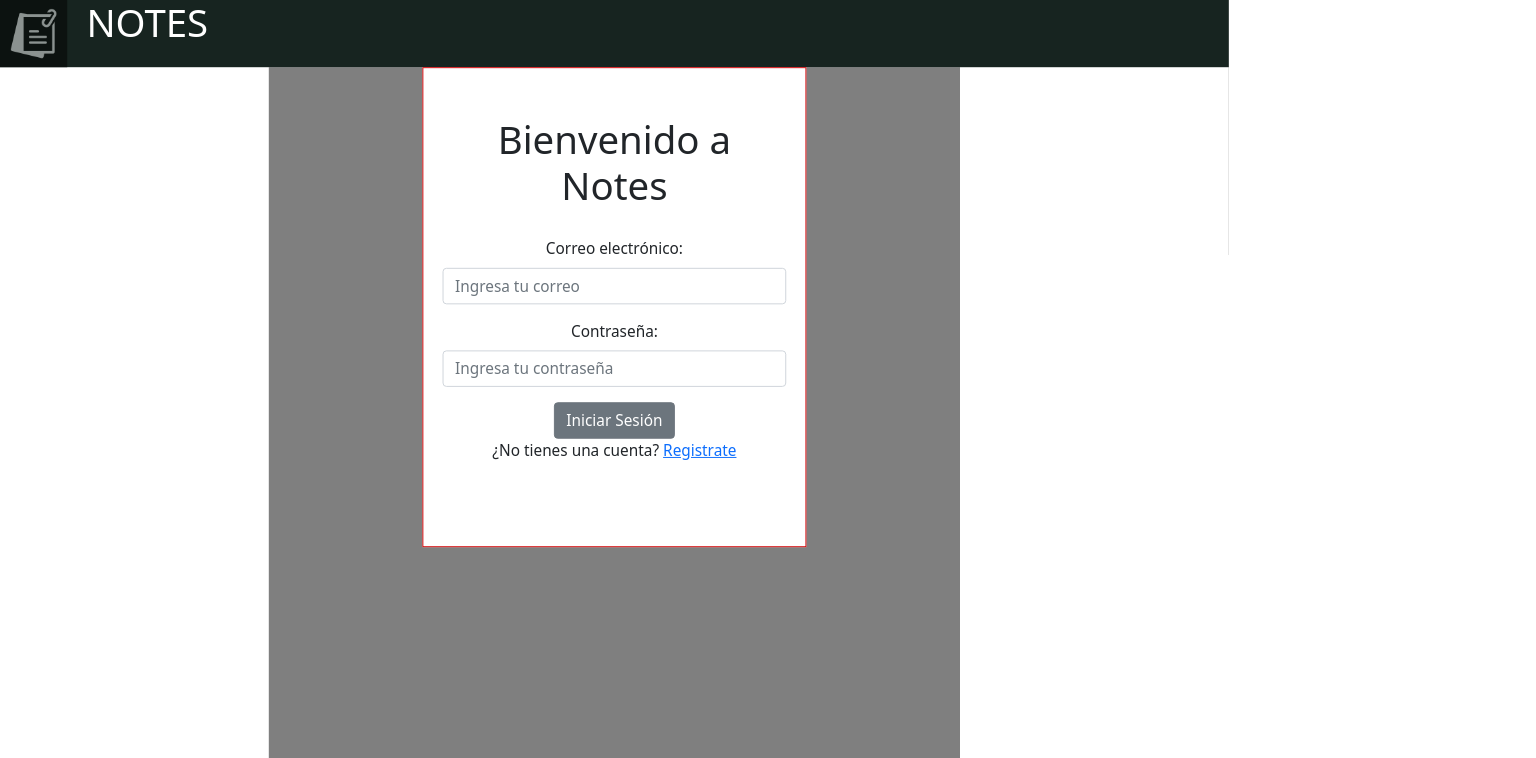
Repository: Daaira0811/TareaVue
Page: /
An editor plug-in stored every save of this project. The page is shown before and after the next save, followed by the edit.
The browser window is 1280 px wide. The page is 1280 px wide, then 1600 px, so the pictures cover 1600 px, including what lies to the right of the window. The pictures show the whole page, at 96% of full size.
The project was rebuilt for these pictures with package versions that can differ from the ones it lists, and the page was loaded fresh each time. Also part of the build but not shown: vite.config.js.

Above is the page before, as saved 2022-06-19 21:47:49.

### src/main.js
import { createApp } from 'vue'
import { createPinia } from 'pinia'
import App from './App.vue'
import router from './router'
import BootstrapVue3 from 'bootstrap-vue-3'
import 'bootstrap/dist/css/bootstrap.css'
import 'bootstrap-vue-3/dist/bootstrap-vue-3.css'

const app = createApp(App)
app.use(BootstrapVue3)
app.use(createPinia())
app.use(router)

app.mount('#app')

### src/App.vue
<script setup>
import {  RouterView } from 'vue-router'
</script>
<template>
  <RouterView />
</template>

<style>

</style>

### src/views/HomeView.vue
<template>
  <main>
    <Navbar/>
   <div id="container-Modal">
    <div id="modal">
      <h1>Bienvenido a <br>
    Notes</h1>
      <v-card>
        <b-form @submit="onSubmit">
        <b-form-group
        label="Correo electrónico:"
        label-for="input1"
        >
        <b-form-input
        id="input1"
        type="email"
        placeholder="Ingresa tu correo">
        </b-form-input>
        </b-form-group>
        <b-form-group
        label="Contraseña:"
        label-for="input2"
        >
        <b-form-input
        id="input2"
        type="password"
        placeholder="Ingresa tu contraseña">
        </b-form-input>
        </b-form-group>
        <b-button >
          Iniciar Sesión
        </b-button><br>
        <p>
          ¿No tienes una cuenta?
          <a href="registro.vue">Registrate</a>
        </p>
        </b-form>
      </v-card>
    </div>
   </div>
  </main>
</template>
<script>

import Navbar from '../components/Navbar.vue'

export default{
  name:'Home',
components: {
  Navbar
},

}
</script>
<style>
main{
  display: flex;
  flex-wrap: wrap;
  flex-direction: column;
  justify-content: center;
  align-items: center;
  text-align: center;
}

h1{
 margin-top:30px;
 margin-bottom: 50px;
}
#container-Modal{
  display:flex;
  justify-content: center;
  align-items: center;
  z-index: 9998;
  top: 0;
  left: 0;
  width: 100vh;
  height: 100vh;
  background-color: rgba(0, 0, 0, .5);
  display: table;
  transition: opacity .3s ease
}
#modal{
  background-color: white;
  border:thin solid hsl(359, 100%, 41%);
  padding: 20px;
  display: inline-block;
  width:400px;
  height: 500px;
  text-align: center;

}
#modal>h1{
  margin:30px;
}

b-form-group > label{
text-align: left;
}
p{
  margin:15px;
}
a{
  text-decoration-line: underline;
}
b-button{
  margin:10px;
}
</style>

### src/components/Navbar.vue
<template>
<div id="cuerpoNav">

    <img src="../assets/image2.png"  alt="image2.png" >
    <h1>NOTES</h1>
</div>
</template>
<script>

</script>
<style>
#cuerpoNav{
    display:flex;
    width:100%;
    height:70px;
    background-color: #172420;
    color: white;

}

img {
    max-width: auto;
    height: 100%;
}
h1{
    margin:20px;
}
</style>

Loaded but not shown: index.html (common file); src/router/index.js (common file)

After the next save:
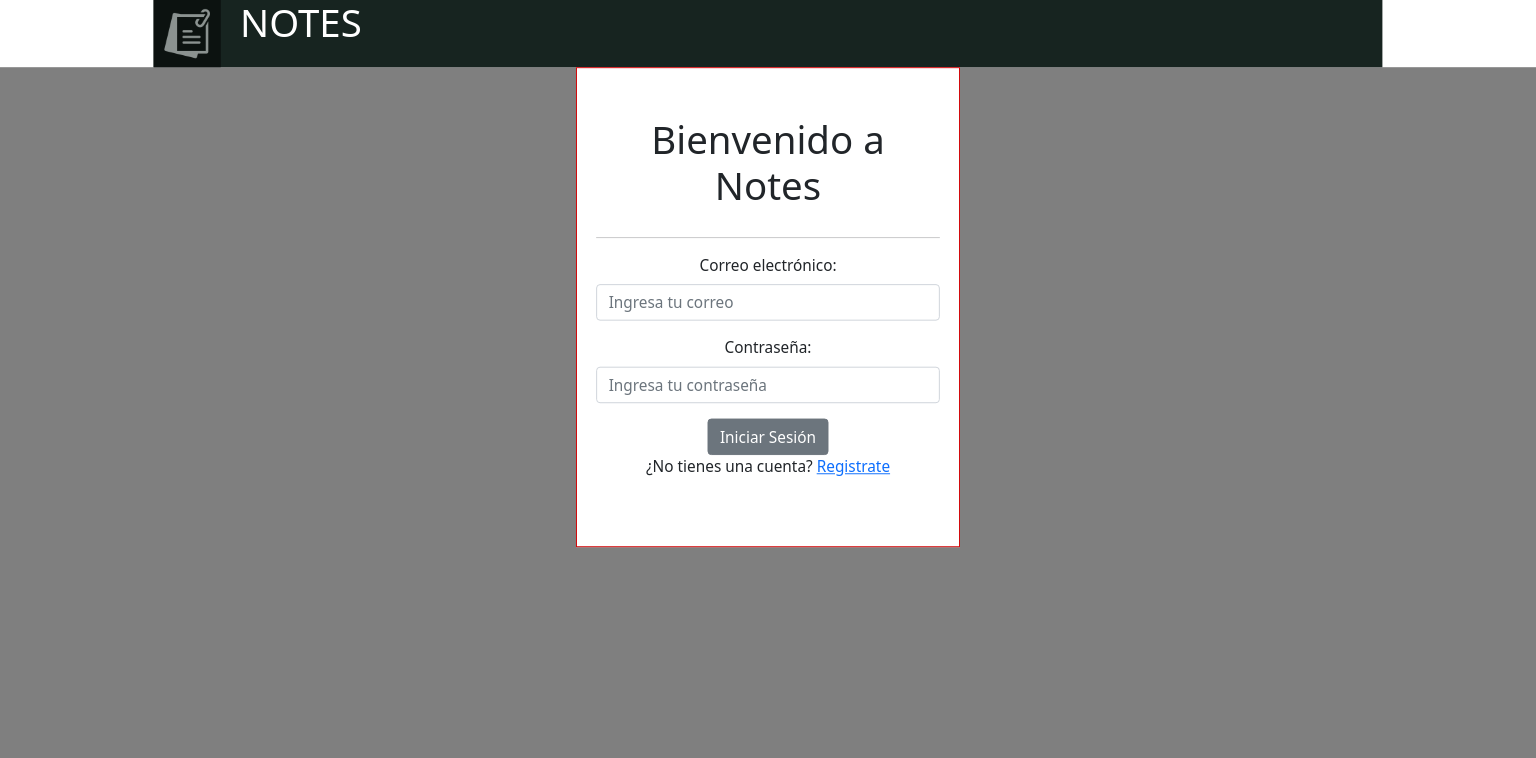
Saved 6 min 52 s later.
--- a/src/views/HomeView.vue
+++ b/src/views/HomeView.vue
@@ -5,6 +5,7 @@
     <div id="modal">
       <h1>Bienvenido a <br>
     Notes</h1>
+    <hr>
       <v-card>
         <b-form @submit="onSubmit">
         <b-form-group
@@ -73,7 +74,7 @@ h1{
   z-index: 9998;
   top: 0;
   left: 0;
-  width: 100vh;
+  width: 100rem;
   height: 100vh;
   background-color: rgba(0, 0, 0, .5);
   display: table;
